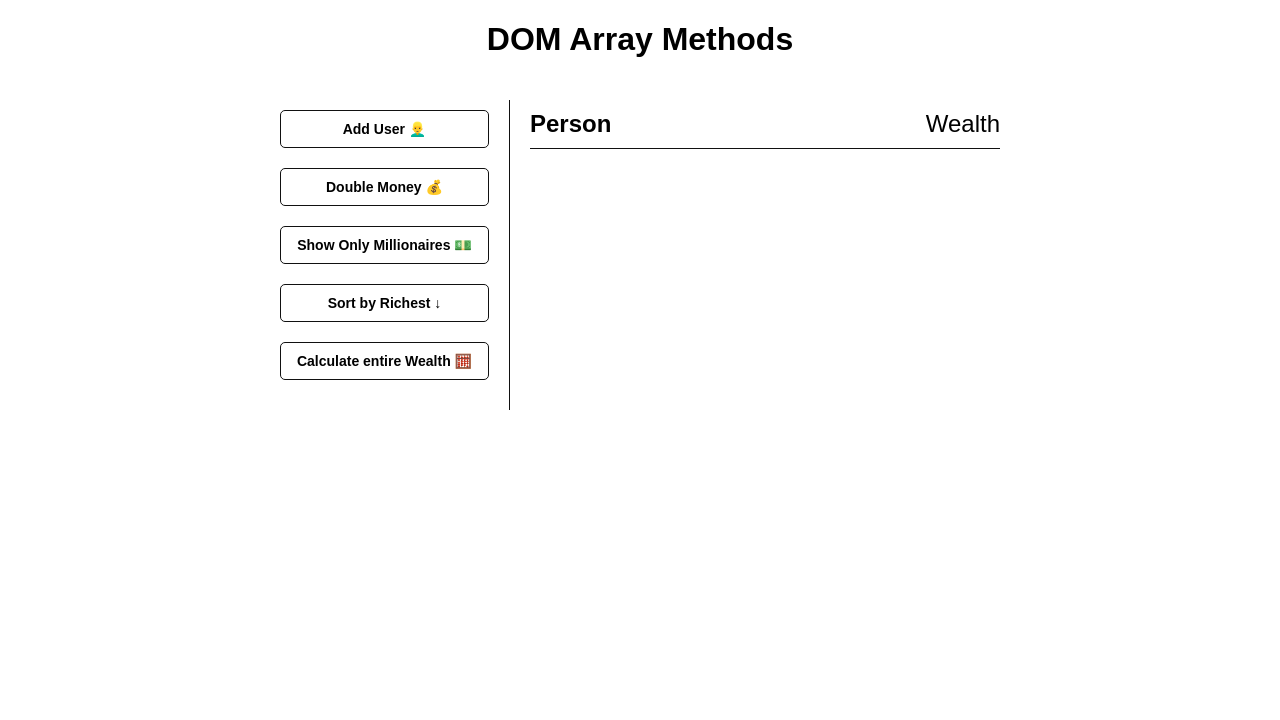
Repository: CAMPSLOPY/RandomUserInfoGenerator
Page: index.html
An editor plug-in stored every save of this project. The page is shown before and after the next save, followed by the edit.
The browser window is 1280 px wide. The pictures show the whole page.

Above is the page before, as saved 2021-01-19 14:44:34.

### index.html
<!DOCTYPE html>
<html lang="en">
  <head>
    <meta charset="UTF-8" />
    <meta name="viewport" content="width=device-width, initial-scale=1.0" />
    <meta http-equiv="X-UA-Compatible" content="ie=edge" />
    <meta name="robots" content="index,follow" />
    <meta
      name="description"
      content="This app is used to understand how popular array methods like filter(),map() works.."
    />
    <link rel="stylesheet" href="/styles.css" />
    <link rel="icon" href="./User_36491.png">
    <title>RandomUserGenerator</title>
  </head>
  <body>
    <h1>DOM Array Methods</h1>

    <div class="container">
      <aside>
        <button id="add-user">Add User 👱‍♂️</button>
        <button id="double">Double Money 💰</button>
        <button id="show-millionaires">Show Only Millionaires 💵</button>
        <button id="sort">Sort by Richest ↓</button>
        <button id="calculate-wealth">Calculate entire Wealth 🧮</button>
      </aside>

      <main id="main">
        <h2><strong>Person</strong> Wealth</h2>
      </main>
    </div>

  </body>
</html>

### styles.css
* {
  box-sizing: border-box;
}

body {
  background-image: url rgba(0, 003, 80, 0.3), ("./img/back.jpeg");
  background-repeat: no-repeat;
  background-position: center;
  background-size: cover;
  font-family: Arial, Helvetica, sans-serif;
  display: flex;
  flex-direction: column;
  align-items: center;
  min-height: 100vh;
  margin: 0;
}

.container {
  display: flex;
  padding: 20px;
  margin: 0 auto;
  max-width: 100%;
  width: 800px;
}

aside {
  padding: 10px 20px;
  width: 250px;
  border-right: 1px solid #111;
}

button {
  cursor: pointer;
  background-color: #fff;
  border: solid 1px #111;
  border-radius: 5px;
  display: block;
  width: 100%;
  padding: 10px;
  margin-bottom: 20px;
  font-weight: bold;
  font-size: 14px;
}
button:hover {
  background-color: rgba(0, 0, 0, 0.603);
  color: #fff;
  transition: 0.5s;
}

main {
  flex: 1;
  padding: 10px 20px;
}

h2 {
  border-bottom: 1px solid #111;
  padding-bottom: 10px;
  display: flex;
  justify-content: space-between;
  font-weight: 300;
  margin: 0 0 20px;
}
h3 {
  border-bottom: 1px solid #111;
  padding-bottom: 10px;
  display: flex;
  justify-content: space-between;
  font-weight: 300;
  margin: 20px 0 0;
  background-color: white;
}

.person {
  display: flex;
  justify-content: space-between;
  font-size: 20px;
  margin-bottom: 10px;
}

After the next save:
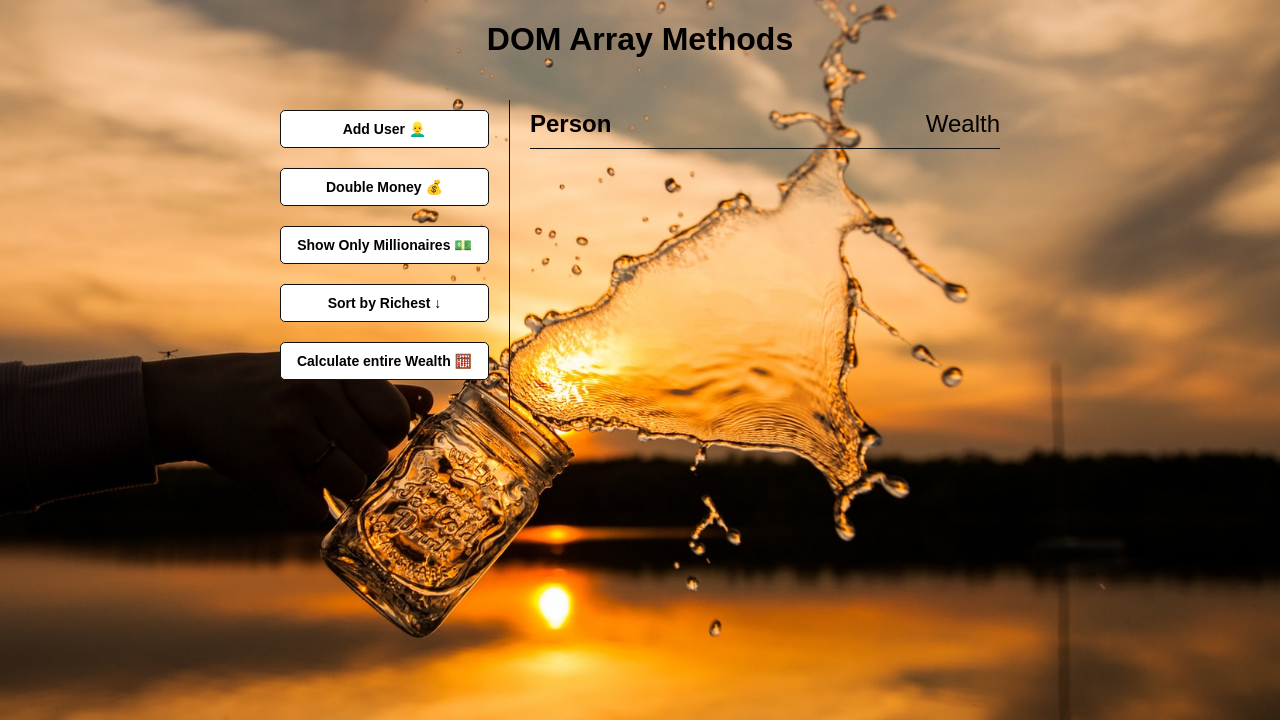
Saved 12 s later.
--- a/styles.css
+++ b/styles.css
@@ -1,78 +1,80 @@
 * {
-  box-sizing: border-box;
-}
+    box-sizing: border-box;
+  }
 
-body {
-  background-image: url rgba(0, 003, 80, 0.3), ("./img/back.jpeg");
-  background-repeat: no-repeat;
-  background-position: center;
-  background-size: cover;
-  font-family: Arial, Helvetica, sans-serif;
-  display: flex;
-  flex-direction: column;
-  align-items: center;
-  min-height: 100vh;
-  margin: 0;
-}
+  body {
+    background-image: url('./img/back.jpeg');
+    background-repeat: no-repeat;
+    background-position: center;
+    background-size: cover;
+    font-family: Arial, Helvetica, sans-serif;
+    display: flex;
+    flex-direction: column;
+    align-items: center;
+    min-height: 100vh;
+    margin: 0;
 
-.container {
-  display: flex;
-  padding: 20px;
-  margin: 0 auto;
-  max-width: 100%;
-  width: 800px;
-}
+  }
 
-aside {
-  padding: 10px 20px;
-  width: 250px;
-  border-right: 1px solid #111;
-}
+  .container {
+    display: flex;
+    padding: 20px;
+    margin: 0 auto;
+    max-width: 100%;
+    width: 800px;
+  }
 
-button {
-  cursor: pointer;
-  background-color: #fff;
-  border: solid 1px #111;
-  border-radius: 5px;
-  display: block;
-  width: 100%;
-  padding: 10px;
-  margin-bottom: 20px;
-  font-weight: bold;
-  font-size: 14px;
-}
-button:hover {
-  background-color: rgba(0, 0, 0, 0.603);
-  color: #fff;
-  transition: 0.5s;
-}
 
-main {
-  flex: 1;
-  padding: 10px 20px;
-}
+  aside {
+    padding: 10px 20px;
+    width: 250px;
+    border-right: 1px solid #111;
+  }
 
-h2 {
-  border-bottom: 1px solid #111;
-  padding-bottom: 10px;
-  display: flex;
-  justify-content: space-between;
-  font-weight: 300;
-  margin: 0 0 20px;
-}
-h3 {
-  border-bottom: 1px solid #111;
-  padding-bottom: 10px;
-  display: flex;
-  justify-content: space-between;
-  font-weight: 300;
-  margin: 20px 0 0;
-  background-color: white;
-}
+  button {
+    cursor: pointer;
+    background-color: #fff;
+    border: solid 1px #111;
+    border-radius: 5px;
+    display: block;
+    width: 100%;
+    padding: 10px;
+    margin-bottom: 20px;
+    font-weight: bold;
+    font-size: 14px;
+  }
+  button:hover{
+    background-color: rgba(0, 0, 0, 0.603);
+    color: #fff;
+    transition: 0.5s;
+  }
 
-.person {
-  display: flex;
-  justify-content: space-between;
-  font-size: 20px;
-  margin-bottom: 10px;
-}
+  main {
+    flex: 1;
+    padding: 10px 20px;
+  }
+
+  h2 {
+    border-bottom: 1px solid #111;
+    padding-bottom: 10px;
+    display: flex;
+    justify-content: space-between;
+    font-weight: 300;
+    margin: 0 0 20px;
+  }
+  h3 {
+    border-bottom: 1px solid #111;
+    padding-bottom: 10px;
+    display: flex;
+    justify-content: space-between;
+    font-weight: 300;
+    margin: 20px 0 0;
+    background-color: white;
+  }
+
+  .person{
+    display: flex ;
+    justify-content: space-between;
+    font-size: 20px;
+    margin-bottom: 10px;
+  }
